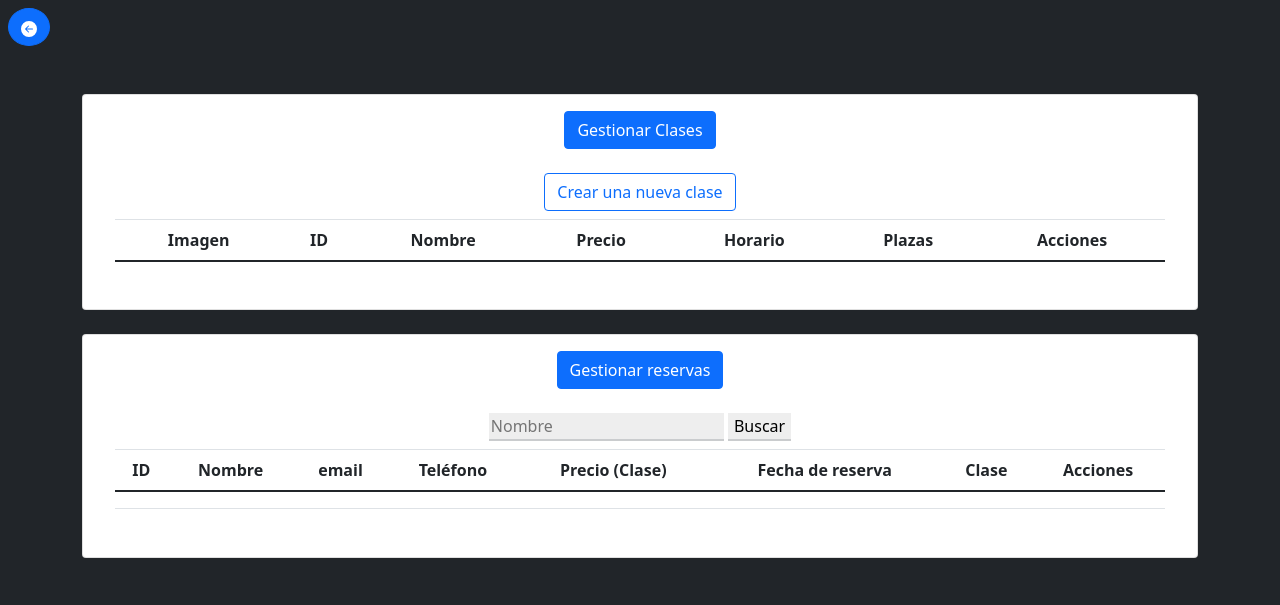
Repository: gcvictor22/ProyectoFinal1DAM
Page: http://localhost/gestionar
An editor plug-in stored every save of this project. The page is shown before and after the next save, followed by the edit.
The browser window is 1280 px wide. The pictures show the whole page.
The page is this project's Thymeleaf template; nobody is signed in. The template is opened directly, without the code that normally fills it, so the values that code supplies are empty.

Above is the page before, as saved 2022-06-01 06:28:38.
Console error: TypeError: Cannot read properties of null (reading 'style')

### ProyectoFinalSTS/src/main/resources/templates/gestionar.html
<!DOCTYPE html>
<html lang="es" xmlns:th="http://www.thymeleaf.org" xmlns:sec="http://www.thymeleaf.org/extras/spring-security">

<head>
	<meta charset="UTF-8">
	<meta http-equiv="X-UA-Compatible" content="IE=edge">
	<meta name="viewport" content="width=device-width, initial-scale=1.0">
	<title>Fit&Go · Gestionar</title>
	<link rel="icon" class="rounded" href="../img/FIT&GO.png">
	<!-- CSS only -->
	<link href="https://cdn.jsdelivr.net/npm/bootstrap@5.1.3/dist/css/bootstrap.min.css" rel="stylesheet"
		integrity="sha384-1BmE4kWBq78iYhFldvKuhfTAU6auU8tT94WrHftjDbrCEXSU1oBoqyl2QvZ6jIW3" crossorigin="anonymous">
	<!-- JavaScript Bundle with Popper -->
	<script src="https://cdn.jsdelivr.net/npm/bootstrap@5.1.3/dist/js/bootstrap.bundle.min.js"
		integrity="sha384-ka7Sk0Gln4gmtz2MlQnikT1wXgYsOg+OMhuP+IlRH9sENBO0LRn5q+8nbTov4+1p" crossorigin="anonymous">
		</script>
	<link rel="stylesheet" href="../css/index.css">
</head>

<body class="bg-dark p-2" id=bodyGestionar>
	<a class="btn btn-primary rounded-circle sticky-top" th:href="@{/inicio}">
		<svg xmlns="http://www.w3.org/2000/svg" width="16" height="16" fill="currentColor"
			class="bi bi-arrow-left-circle-fill mx-0" viewBox="0 0 16 16">
			<path
				d="M8 0a8 8 0 1 0 0 16A8 8 0 0 0 8 0zm3.5 7.5a.5.5 0 0 1 0 1H5.707l2.147 2.146a.5.5 0 0 1-.708.708l-3-3a.5.5 0 0 1 0-.708l3-3a.5.5 0 1 1 .708.708L5.707 7.5H11.5z" />
		</svg>
	</a>
	<div class="container rounded mt-5">
		<div id="accordion">
			<div class="card p-3 overflow-auto">
				<div class="mx-auto">
					<a class="btn btn-primary" data-bs-toggle="collapse" href="#collapseOne">
						Gestionar Clases
					</a>
				</div>
				<div id="collapseOne" class="collapse show" data-bs-parent="#accordion">
					<div class="card-body">
						<table class="table text-center p-4 bg-white" id="tablaClases">
							<thead>
								<tr>
									<td colspan="7"><a href="formularioCrearEditar.html"
											th:href="@{/gestionar/nueva-clase}"
											class="btn btn-outline-primary mx-auto">Crear una nueva clase</a></td>
								</tr>
								<tr>
									<th scope="col">Imagen</th>
									<th scope="col uppercase">ID</th>
									<th scope="col">Nombre</th>
									<th scope="col">Precio</th>
									<th scope="col">Horario</th>
									<th scope="col">Plazas</th>
									<th scope="col">Acciones</th>
								</tr>
							</thead>
							<tbody>
								<tr>

								</tr>
								<tr th:each="claseGym : ${lista}">
									<td class="w-25"><img src="../img/clasespinning.png" th:src="${claseGym.imgClase}"
											class="rounded w-25" alt=""></td>
									<th scope="row" th:text="${claseGym.id}">1</th>
									<td th:text="${claseGym.nombreClase}">Spinning</td>
									<td th:text="${claseGym.precio}">5.99€</td>
									<td th:text="${claseGym.horario}">12:30-13:30</td>
									<td th:text="${claseGym.plazas}">15</td>
									<td>
										<div class="container-fluid mx-auto row">
											<div class="col-lg-2 col-sm-6"></div>
											<a class="btn btn-outline-primary col-lg-3"
												th:href="@{/gestionar/editar/{id}(id=${claseGym.id})}">Editar</a>
											<div class="col-lg-2 col-sm-0"></div>
											<a type="button" class="btn btn-danger col-lg-3" data-bs-toggle="modal"
												data-bs-target="#myModal"
												th:attr="data-bs-target='#myModal'+${claseGym.id}">
												Eliminar
											</a>
											<!-- The Modal -->
											<div class="modal" id="myModal" th:id="'myModal'+${claseGym.id}">
												<div class="modal-dialog">
													<div class="modal-content">

														<!-- Modal Header -->
														<div class="modal-header">
															<h4 class="modal-title">¡Alerta!</h4>
															<button type="button" class="btn-close"
																data-bs-dismiss="modal"></button>
														</div>

														<!-- Modal body -->
														<div class="modal-body">
															¿Estas seguro que quieres borrar la clase?
														</div>

														<!-- Modal footer -->
														<div class="modal-footer">
															<button type="button" class="btn btn-warning"
																data-bs-dismiss="modal">Cancelar</button>
															<a th:href="@{/borrar-clase/{id}(id=${claseGym.id})}"
																class="btn btn-danger">Eliminar</a>
														</div>

													</div>
												</div>
											</div>
											<div class="col-lg-2 col-sm-0"></div>
										</div>
									</td>
								</tr>
							</tbody>
						</table>
					</div>
				</div>
			</div>
			<br>
			<div class="card p-3 overflow-auto">
				<div class="mx-auto">
					<a class="collapsed btn btn-primary" data-bs-toggle="collapse" href="#collapseTwo">
						Gestionar reservas
					</a>
				</div>
				<div id="collapseTwo" class="collapse show" data-bs-parent="#accordion">
					<div class="card-body">
						<table class="table text-center p-4 bg-white" id="tablaReservas">
							<thead>
								<tr>
									<td colspan="8">
										<form method="GET" th:action="@{/buscar}">
											<input type="search" placeholder="Nombre" name="nombre" id="nombre"
												th:value="${param.nombre}" />
											<input type="submit" value="Buscar" />
										</form>
									</td>
								</tr>
								<tr>
									<th scope="col uppercase">ID</th>
									<th scope="col">Nombre</th>
									<th scope="col">email</th>
									<th scope="col">Teléfono</th>
									<th scope="col">Precio (Clase)</th>
									<th scope="col">Fecha de reserva</th>
									<th scope="col">Clase</th>
									<th scope="col">Acciones</th>
								</tr>
							</thead>
							<tbody>
								<tr th:each="reserva : ${reservas}">
									<th scope="row" th:text="${reserva.id}">1</th>
									<td th:text="${reserva.nombreUsuario}">Víctor González Carro</td>
									<td th:text="${reserva.email}">victorgonzaleztr22@gmail.com</td>
									<td th:text="${reserva.tel}">684318827</td>
									<td th:text="${#numbers.formatCurrency(reserva.clase.precio)}">5.99€</td>
									<td th:text="${#temporals.format(reserva.fechaReserva)}">17-5-2022</td>
									<td th:text="${reserva.clase.nombreClase}">Spinning</td>
									<td>
										<div class="container-fluid mx-auto row">
											<div class="col-lg-2 col-sm-0"></div>
											<a class="btn btn-danger col-lg" data-bs-toggle="modal"
												data-bs-target="#myModal"
												th:attr="data-bs-target='#myModal2'+${reserva.id}">Eliminar
											</a>
											<!-- The Modal -->
											<div class="modal" id="myModal2" th:id="'myModal2'+${reserva.id}">
												<div class="modal-dialog">
													<div class="modal-content">

														<!-- Modal Header -->
														<div class="modal-header">
															<h4 class="modal-title">¡Alerta!</h4>
															<button type="button" class="btn-close"
																data-bs-dismiss="modal"></button>
														</div>

														<!-- Modal body -->
														<div class="modal-body">
															¿Estas seguro que quieres borrar la reserva?
														</div>

														<!-- Modal footer -->
														<div class="modal-footer">
															<button type="button" class="btn btn-warning"
																data-bs-dismiss="modal">Cancelar</button>
															<a th:href="@{/borrar-reserva/{id}(id=${reserva.id})}"
																class="btn btn-danger">Eliminar</a>
														</div>

													</div>
												</div>
											</div>
											<div class="col-lg-2 col-sm-0"></div>
										</div>
									</td>
								</tr>
								<tr class="text-center">
									<td colspan="8" th:text="${precios}"></td>
								</tr>
							</tbody>
						</table>
					</div>
				</div>
			</div>
		</div>
	</div>
	<script src="../js/index.js"></script>
</body>

</html>

### ProyectoFinalSTS/src/main/resources/static/css/index.css
body {
  background-attachment: fixed;
  background-size: cover;
}

#barra {
  width: 0;
  height: 5px;
}

#barragris {
  height: 5px;
}

#icono1 {
  width: 30px;
  height: 30px;
  border-radius: 50%;
  background-color: gray;
  margin-left: 0;
  text-align: center;
}

#icono2 {
  width: 30px;
  height: 30px;
  border-radius: 50%;
  background-color: gray;
  transition: all 0.5s;
  text-align: center;
}

#icono3 {
  width: 30px;
  height: 30px;
  border-radius: 50%;
  background-color: gray;
  transition: all 0.5s;
  text-align: center;
}

.iconos {
  width: 50%;
  margin-top: -17.5px;
}

#seccion1,
#seccion2,
#seccion3 {
  width: 90%;
  height: 350px;
}

#seccion2,
#seccion3 {
  visibility: hidden;
  margin-top: -350px;
}

#atras {
  visibility: hidden;
}

#enviar {
  visibility: hidden;
}

p {
  text-align: justify;
}

input {
  border: 0;
  border-bottom: 2px solid #caccce;
  background-color: #eee;
}

input:focus {
  border-bottom: 2px solid #0d6efd;
  transition: all 0.2s ease-in-out;
  outline: 0;
}

#atras,
#siguiente,
#enviar {
  transition: all 0s;
}

p {
  background: #caccce;
}

#cajaInicio {
  margin-top: 275px;
}

#bodyReservaClase{
	background-image:url(../img/fondocontacto.jpg);
}

@media screen and (min-width: 1000px) {
  #bodyRegistro {
    margin-top: 10px;
    padding: 40px;
  }

  #cajaBotonesIniReg {
    width: 45%;
  }

  #cajaInicio {
    width: 30%;
  }

  #cajaFormulario {
    margin: auto;
    width: 50%;
  }

  #formularioRegistro {
    width: 75%;
  }

  #formularioCrear, #formularioReservar{
    width: 50%;
    padding: 20px;
  }
}

@media screen and (max-width: 575px) {
  #bodyRegistro {
    padding: 0;
  }

  #cajaBotonesIniReg {
    margin-top: 25px;
  }

  .brQuitarSM {
    display: none;
  }

  #cajaInicio {
    width: 80%;
  }

  #logoIndex {
    width: 75%;
  }

  #indexfooter {
    width: 100%;
  }

  #cajaFormulario {
    width: 80%;
    margin: 0 auto;
  }

  #formularioRegistro {
    width: 100%;
  }

  #seccion1,
  #seccion2,
  #seccion3 {
    width: 90%;
    height: min-content;
  }

  #seccion1 {
    width: 100%;
  }

  #tablaClases, #tablaReservas{
	overflow-x: scroll;
	width:400px;
  }
}

.clases {
  background-color: white;
  height: 200px;
}

.barraLectura {
  top: 0;
  width: 100%;
  z-index: 1;
}

.progress-container {
  background-color: rgba(150, 150, 150, 0.6);
  height: 5px;
  width: 100%;
}

.progress-bar {
  background-color: #0d6efd;
  height: 5px;
  width: 0%;
}

tbody tr:hover{
  border: #0d6efd;
  transition: all 0.5s;
}

tbody td, tbody th{
  vertical-align: middle;
}

#bodyInicioSesion{
	background-image: url(../img/fondoinicio.jpg);
}

#formularioReserva{
	background-image: url(../img/bodyFormularioReserva.jpg);
    background-size: cover;
    background-repeat: no-repeat;
    background-attachment: fixed;
}

.arrows {
  width: 60px;
  height: 72px;
  left: 50%;
  bottom: 20px;
}

.arrows path {
  stroke: white;
  fill: transparent;
  stroke-width: 1px;
  animation: arrow 2s infinite;
  -webkit-animation: arrow 2s infinite;
}

@keyframes arrow {
  0% {
    opacity: 0;
  }
  40% {
    opacity: 1;
  }
  80% {
    opacity: 0;
  }
  100% {
    opacity: 0;
  }
}

@-webkit-keyframes arrow /*Safari and Chrome*/ {
  0% {
    opacity: 0;
  }
  40% {
    opacity: 1;
  }
  80% {
    opacity: 0;
  }
  100% {
    opacity: 0;
  }
}

.arrows path.a1 {
  animation-delay: -1s;
  -webkit-animation-delay: -1s; /* Safari 和 Chrome */
}

.arrows path.a2 {
  animation-delay: -0.5s;
  -webkit-animation-delay: -0.5s; /* Safari 和 Chrome */
}

.arrows path.a3 {
  animation-delay: 0s;
  -webkit-animation-delay: 0s; /* Safari 和 Chrome */
}

### ProyectoFinalSTS/src/main/resources/static/js/index.js


let width = 0;
let cont = 0;
let comprobacion = /^([\da-z_\.-]+)@([\da-z\.-]+)\.([a-z\.]{2,6})$/;

urlParams = new URLSearchParams(window.location.search);

if (urlParams.get('menu') == 'clases') {
    let desplegable1 = document.getElementById("collapseOne");
    desplegable1.className = 'collapse show'
}else if (urlParams.get('menu') == 'reservas'){
    let desplegable2 = document.getElementById("collapseTwo");
    desplegable2.className = 'collapse show'
}

function ampliar() {

    let barra = document.getElementById("barra");
    barra.style.width = width + '%';

    let div1 = document.getElementById("seccion1");
    let div2 = document.getElementById("seccion2");
    let div3 = document.getElementById("seccion3");

    let nom = document.getElementById("nombre").value;
    let ap1 = document.getElementById("apellido1").value;
    let ap2 = document.getElementById("apellido2").value;
    let pass = document.getElementById("contrasenha1").value;
    let pass2 = document.getElementById("contrasenha2").value;
    let tarj = document.getElementById("numTarjeta").value.charAt(12) + document.getElementById("numTarjeta").value.charAt(13)
        + document.getElementById("numTarjeta").value.charAt(14) + document.getElementById("numTarjeta").value.charAt(15);
    let correo = document.getElementById("correo").value;
    let telefono = document.getElementById("telefono").value;
    let fechaCad = document.getElementById("fechaCaducidad").value;
    let cvv = document.getElementById("cvv").value;


    let compNom = nom + " " + ap1 + " " + ap2;
    let compTarjeta = tarj;
    let compCorreo = correo;
    let compTelefono = telefono;

    document.getElementById("nombreObtenido").innerHTML = "Nombre: " + compNom;
    document.getElementById("tarjObtenido").innerHTML = "Tarjeta: **** **** **** " + compTarjeta;
    document.getElementById("correoObtenido").innerHTML = "Correo: " + compCorreo;
    document.getElementById("telObtenido").innerHTML = "Teléfono: " + compTelefono;

    if (nom.length == 0 || ap1.length == 0 || ap2.length == 0 || telefono.length == 0 || correo.length == 0 || pass.length == 0 || pass2.length == 0) {
        alert('Faltan datos por rellenar');

    } else if (telefono.length != 9) {
        alert('El teléfono introducido no cumple con el formato esperado');

    } else if (!comprobacion.exec(correo) && correo.length == 0) {
		alert('El correo introducido no es válido')

    } else if (pass !== pass2) {
        alert('Las contraseñas deben coincidir')

    } else if (cont == 0 && nom.length != 0 && ap1.length != 0 && ap2.length != 0 && telefono.length != 0 && correo.length != 0 && pass.length != 0 && pass2.length != 0) {
        cont++;
        width = 50;

        document.getElementById("icono2").className = 'bg-primary';

        div1.style.visibility = 'hidden';
        div2.style.visibility = 'visible';

        document.getElementById("atras").style.visibility = 'visible';

    } else if (tarj.length == 0 || fechaCad.length == 0 || cvv.length == 0) {
        alert('Faltan datos por rellenar o no estan completos');

    } else if (cont == 1 && tarj.length != 0 && fechaCad.length != 0 && cvv.length != 0) {
        cont++;
        width = 100;

        document.getElementById("icono3").className = 'bg-primary';

        div2.style.visibility = 'hidden';
        div3.style.visibility = 'visible';

        document.getElementById("siguiente").style.visibility = 'hidden';
        document.getElementById("enviar").style.visibility = 'visible';
    }
    barra.style.width = width + '%';
}

function reducir() {
    let barra = document.getElementById("barra");
    barra.style.width = width + '%';

    let div1 = document.getElementById("seccion1");
    let div2 = document.getElementById("seccion2");
    let div3 = document.getElementById("seccion3");

    if (cont == 2) {
        cont--;
        width = 50;

        document.getElementById("icono3").className = '';

        div3.style.visibility = 'hidden';
        div2.style.visibility = 'visible';

        document.getElementById("atras").style.visibility = 'visible';

        document.getElementById("siguiente").style.visibility = 'visible';
        document.getElementById("enviar").style.visibility = 'hidden';

    } else if (cont == 1) {
        cont--;
        width = 0;

        document.getElementById("icono2").className = '';

        div2.style.visibility = 'hidden';
        div1.style.visibility = 'visible';

        document.getElementById("atras").style.visibility = 'hidden';
    }
    barra.style.width = width + '%';
}

function progressBarScroll() {
    let winScroll = document.body.scrollTop || document.documentElement.scrollTop,
        height =
            document.documentElement.scrollHeight -
            document.documentElement.clientHeight,
        scrolled = (winScroll / height) * 100;
    document.getElementById("progressBar").style.width = scrolled + "%";
}

window.onscroll = function () {
    progressBarScroll();
};

After the next save:
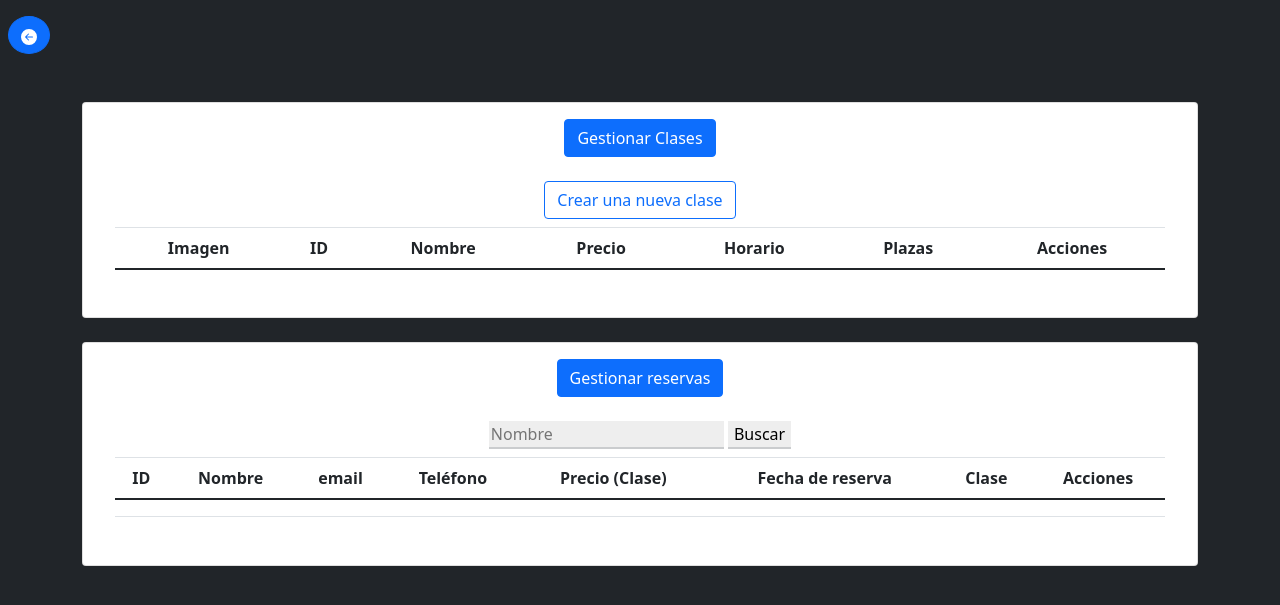
Saved 63 s later.
--- a/ProyectoFinalSTS/src/main/resources/templates/gestionar.html
+++ b/ProyectoFinalSTS/src/main/resources/templates/gestionar.html
@@ -18,7 +18,7 @@
 </head>
 
 <body class="bg-dark p-2" id=bodyGestionar>
-	<a class="btn btn-primary rounded-circle sticky-top" th:href="@{/inicio}">
+	<a class="btn btn-primary rounded-circle sticky-top mt-2" th:href="@{/inicio}">
 		<svg xmlns="http://www.w3.org/2000/svg" width="16" height="16" fill="currentColor"
 			class="bi bi-arrow-left-circle-fill mx-0" viewBox="0 0 16 16">
 			<path
